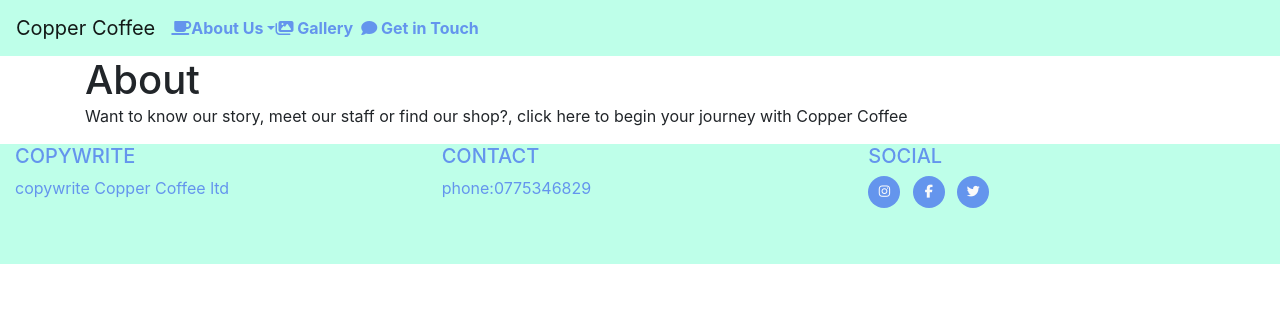
Repository: Matt-F90/milestone
Page: index.html
The author's editor kept a record of every edit. The page is drawn from the files as they stood at one moment, then again after the next edit.
The browser window is 1280 px wide. The pictures show the whole page.
Some web libraries are served in a nearby version.

Above is the page before.
Console error: TypeError: Cannot read properties of undefined (reading 'fn')

### index.html
<!DOCTYPE html>
<html lang="en">

<head>
    <meta charset="UTF-8">
    <meta name="viewport" content="width=device-width, initial-scale=1.0">
    <meta http-equiv="X-UA-Compatible" content="ie=edge">
    <title>Copper Coffee London</title>

    <link rel="stylesheet" href="https://stackpath.bootstrapcdn.com/bootstrap/4.1.3/css/bootstrap.min.css" integrity="sha384-MCw98/SFnGE8fJT3GXwEOngsV7Zt27NXFoaoApmYm81iuXoPkFOJwJ8ERdknLPMO" crossorigin="anonymous">
    <script src="https://stackpath.bootstrapcdn.com/bootstrap/4.1.3/js/bootstrap.min.js" integrity="sha384-ChfqqxuZUCnJSK3+MXmPNIyE6ZbWh2IMqE241rYiqJxyMiZ6OW/JmZQ5stwEULTy" crossorigin="anonymous"></script>
    <script src="https://kit.fontawesome.com/f919e2be21.js" crossorigin="anonymous"></script>
    <link href="https://fonts.googleapis.com/css?family=Noto+Sans:400,700&display=swap" rel="stylesheet">
    <link rel="stylesheet" href="css/style.css" type="text/css" />
</head>

<body>

    <!------------------------------------------------------------------------------------nav--->
    <div class="navbar-container">

    <nav class="navbar navbar-light navbar-expand-sm">
        <a href="index.html" class="navbar-brand">Copper Coffee</a>


        <button class="navbar-toggler ml-auto" type="button" data-toggle="collapse" data-target="#navbarNavDropdown" aria-controls="navbarNavDropdown" aria-expanded="false" aria-lable="toggle navigation">
           <span class="navbar-toggler-icon"></span></button>

        <div class="collapse navbar-collapse" id=navbarNavDropdown>
            <ul class="navbar-nav mr-auto">
                <li class="nav-item dropdown">
                    <a class="nav-link dropdown-toggle" href="about.html" id="navbarDropdownMenuLink" role="button" data-toggle="dropdown" aria-haspopup="true" aria-expanded="false"><i class="fas fa-coffee"></i>About Us</a>
                    <div class="dropdown-menu" aria-labelledby="navbarDropdownMenuLink">
                        <a class="dropdown-item" href="#">Our Story</a>
                        <a class="dropdown-item" href="#">Meet the Team</a>
                        <a class="dropdown-item" href="#">Find the Store</a>
                    </div>
                </li>
                <li class="nav-item mr-2"><a class "nav-link" href="gallery.html"><i class="fas fa-images"></i> Gallery</a></li>
                <li class="nav-item mr-2"><a class "nav-link" href="contact.html"><i class="fas fa-comment"></i> Get in Touch</a></li>
            </ul>
        </div>
    </nav>
    </div>

    <!---------------------------------------------------------------------------------------------div--->
    <div class="container content-container">
    <h1>About</h1>
    <p>Want to know our story, meet our staff or find our shop?, click here to begin your journey with Copper Coffee</p>
    </div>

<!----------------------------------------------------------------footer------------>

<footer class="container-fluid">
    <div id="footer-details" class="row">
        <div class="col-sm-4">
          <h5 class="gernal-sub uppercase">copywrite</h5>
          <p class="inline-block">
              copywrite Copper Coffee ltd
          </p>
        </div>
        <div class="col-sm-4">
            <h5 class="gernal-sub uppercase">contact</h5>
            <p class="inline-block">
                phone:0775346829
            </p>
        </div>
        <div class="col-sm-4">
            <h5 class="gernal-sub uppercase">social</h5>
            <ul class="list-inline social-links">
                <li class="list-inline-item">
                    <a target="_blank" href="#">
                        <i class="fab fa-instagram" aria-hidden="true"></i></a>
                        <span class="sr-only">instagram</span>
                </li>
                <li class="list-inline-item">
                    <a target="_blank" href="#">
                        <i class="fab fa-facebook-f" aria-hidden="true"></i></a>
                        <span class="sr-only">facebook</span>
                </li>
                <li class="list-inline-item">
                    <a target="_blank" href="#">
                        <i class="fab fa-twitter" aria-hidden="true"></i></a>
                        <span class="sr-only">twitter</span>
                </li>
            </ul>
        </div>
    </div>

</footer>

    <script src="https://code.jquery.com/jquery-3.3.1.slim.min.js" integrity="sha384-q8i/X+965DzO0rT7abK41JStQIAqVgRVzpbzo5smXKp4YfRvH+8abtTE1Pi6jizo" crossorigin="anonymous"></script>
    <script src="https://cdnjs.cloudflare.com/ajax/libs/popper.js/1.14.3/umd/popper.min.js" integrity="sha384-ZMP7rVo3mIykV+2+9J3UJ46jBk0WLaUAdn689aCwoqbBJiSnjAK/l8WvCWPIPm49" crossorigin="anonymous"></script>
    <script src="https://stackpath.bootstrapcdn.com/bootstrap/4.1.3/js/bootstrap.min.js" integrity="sha384-ChfqqxuZUCnJSK3+MXmPNIyE6ZbWh2IMqE241rYiqJxyMiZ6OW/JmZQ5stwEULTy" crossorigin="anonymous"></script>
</body>

</html>

### css/style.css

/*----navbar....*/

.navbar-contaner {
    position: absolute;
    top: 0;
    left: 0;
    padding-left: 0;
    padding-right: 0;
}

.navbar {
    margin-bottom: 0;
    border: 0;
    width: 100%;
  background-color: rgba(127, 255, 212,0.5);
}

.navbar .navbar-toggler {
    border: 0;
}

.navbar .navbar-nav a {
    font-weight: 700;
    color:#6495ED;
    padding: 0px;
}

#navbarDropdownMenuLink {
     font-weight: 700;
    color:#6495ED;
    padding: 0px;
}
}

.navbar .navbar-nav a:hover {
    color: rgb(0, 0, 255)
}

/*----special padding, margins text....*/

h1,
h2,
h3,
h4 {
    margin: 0;
}

.uppercase {
    text-transform: uppercase;
}

.general-sub {
     font-family: 'Noto Sans', sans-serif;
     font-weight: 300;
     color:#fafafa;
}

.inline-block {
    display: inline-block;
}

/*----footer....*/

footer {
background-color: rgba(127, 255, 212,0.5);
color:#6495ED;
min-height: 120px;
margin: 0;
}

.social-links {
    padding-bottom: 15px;
}

.social-links li a i {
    width: 32px;
    height: 32px;
    padding: 12px 0;
    border-radius: 50%;
    font-size: 13px;
    line-height: 7px;
    text-align: center;
    color: #fafafa;
    background-color: #6495ED;
    -moz-transition: all 0.35s ease-in-out;
    -webkit-transition: all 0.35s ease-in-out;
    -o-transition: all 0.35s ease-in-out;
}

.social-links li a i:hover {
    width: 32px;
    height: 32px;
    padding: 12px 0;
    border-radius: 50%;
    font-size: 13px;
    line-height: 7px;
    text-align: center;
    color: #fafafa;
    background-color: rgb(0, 0, 255);
    -moz-transition: all 0.35s ease-in-out;
    -webkit-transition: all 0.35s ease-in-out;
    -o-transition: all 0.35s ease-in-out;
}

After the next edit:
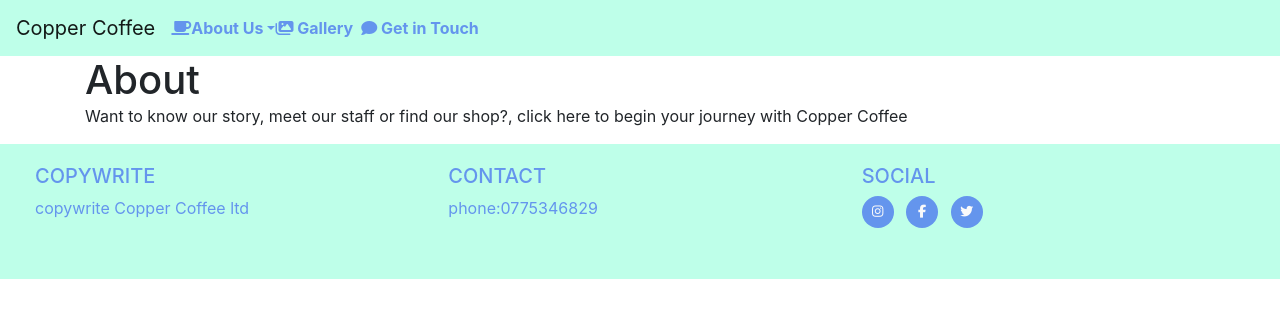
The edit:
--- a/css/style.css
+++ b/css/style.css
@@ -102,3 +102,7 @@
     -webkit-transition: all 0.35s ease-in-out;
     -o-transition: all 0.35s ease-in-out;
 }
+
+#footer-details {
+    padding: 20px;
+}
